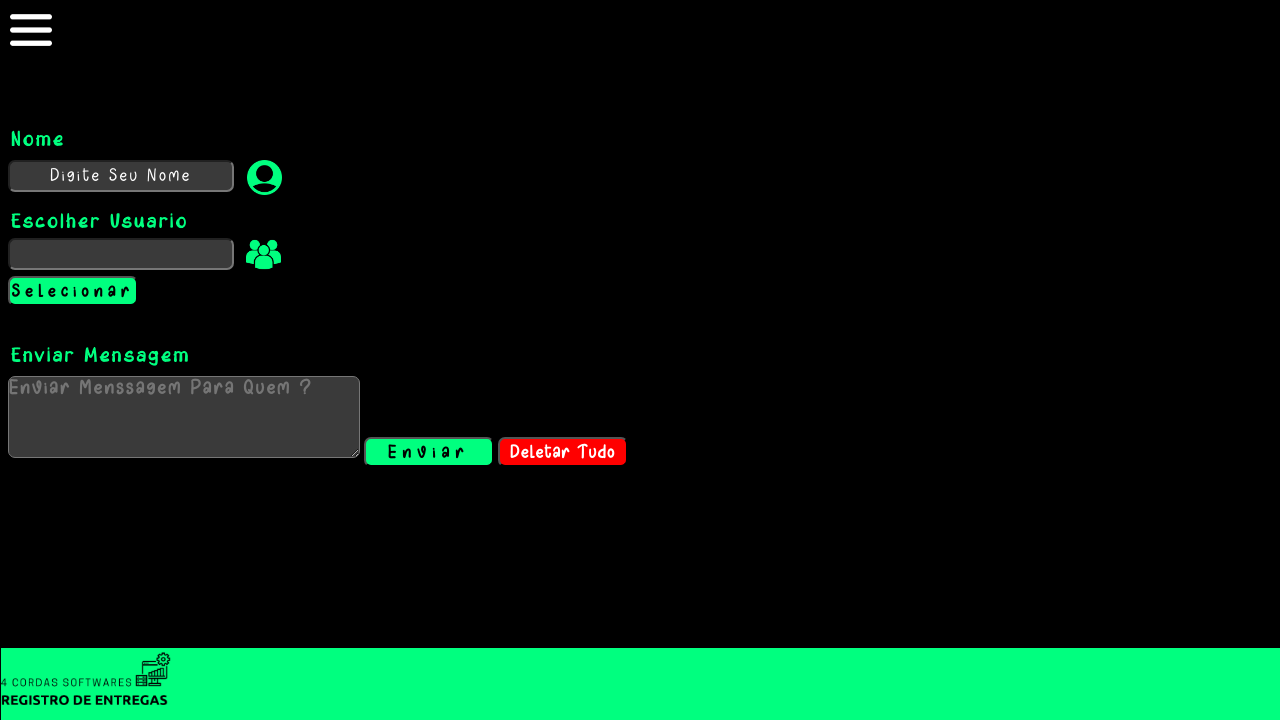
Repository: alfredo-allan/relatorioentregas
Page: pages/chatapp.html
The author's editor kept a copy of each file at every save. The page is drawn from the files as they stood at one save, then again after the next save.
The browser window is 1280 px wide. The pictures show the whole page.
The page's requests for data from a server got no answer.

Above is the page before, as saved 2024-05-16 17:43:18.
Console error: TypeError: Cannot set properties of null (setting 'value')

After the next save:
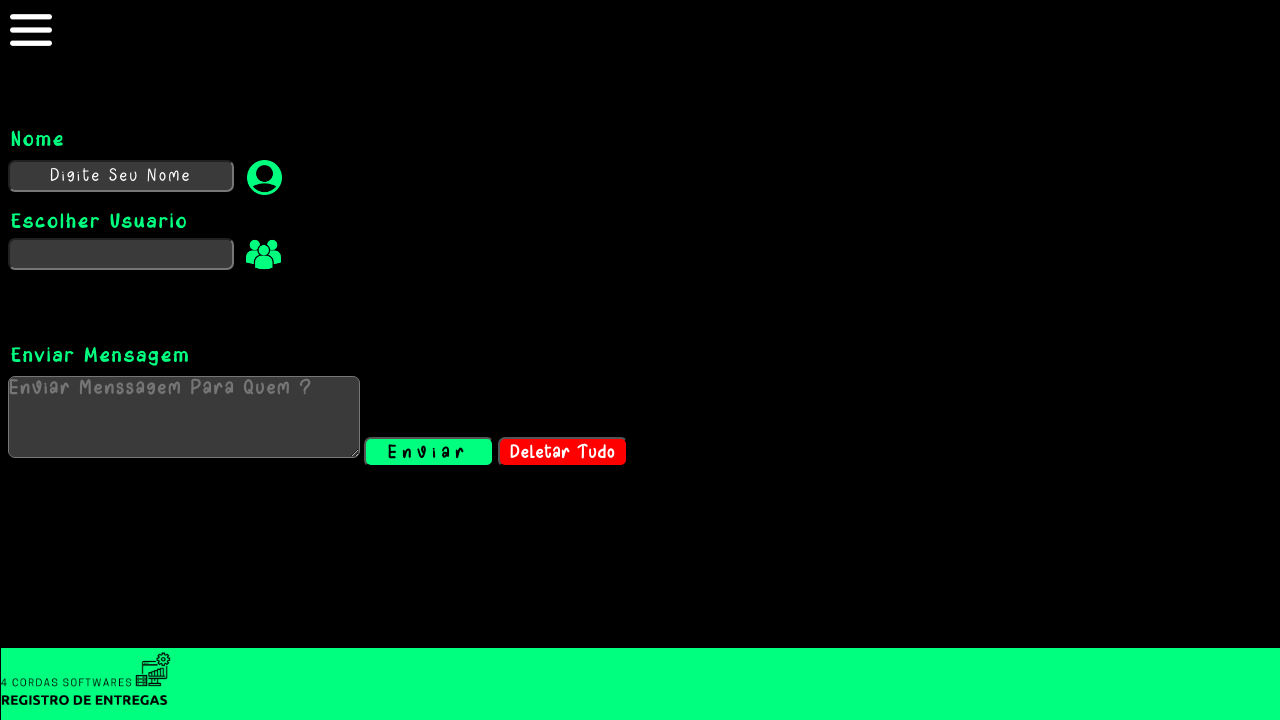
Console error: TypeError: Cannot read properties of null (reading 'addEventListener')
Saved 4 h 22 min later.
--- a/pages/chatapp.html
+++ b/pages/chatapp.html
@@ -106,8 +106,6 @@
     <img id="multiUsu" src="../img/silhueta-de-multiplos-usuarios.png" alt="" />
     <br />
     <input id="lstUsu" type="text" />
-    <button style="letter-spacing: 6px" id="ctsUsu">Selecionar</button>
-
     <div id="msgEnviar">
       <span>Enviar Mensagem</span> <br />
       <textarea
